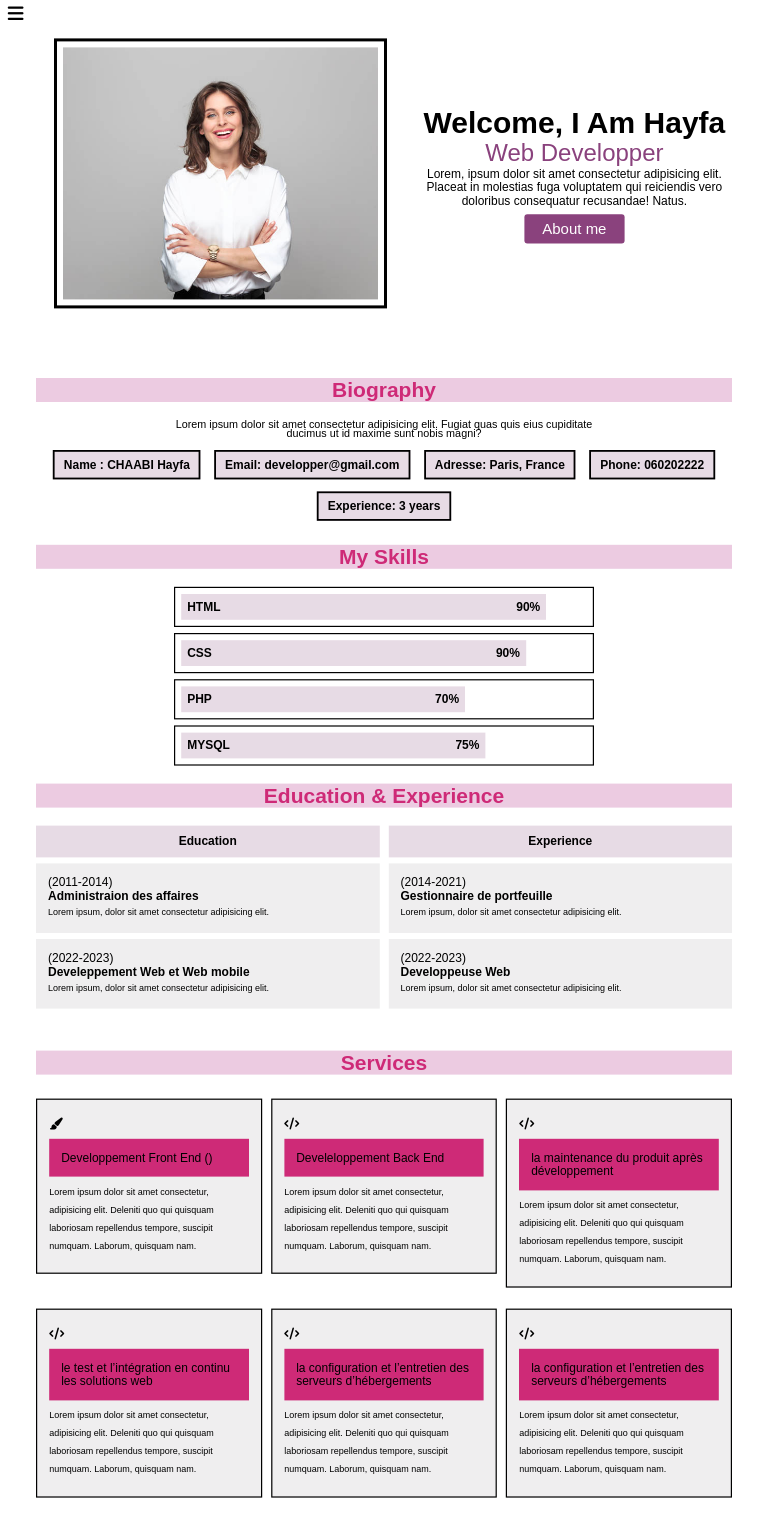
Repository: haifabilel/portfolio_project
Page: http://localhost/
These files come from the project's save history. The page is drawn as it stood at one moment and after the next save; the edit follows.
The browser window is 1280 px wide. The pictures show the whole page, at 60% of full size.
Some web fonts or font styles are not loaded; a fallback is used. The page is run by PHP 8.4 with error messages shown; the project is at /var/www/html/.

Above is the page before, as saved 2023-09-17 13:54:46.

After the next save:
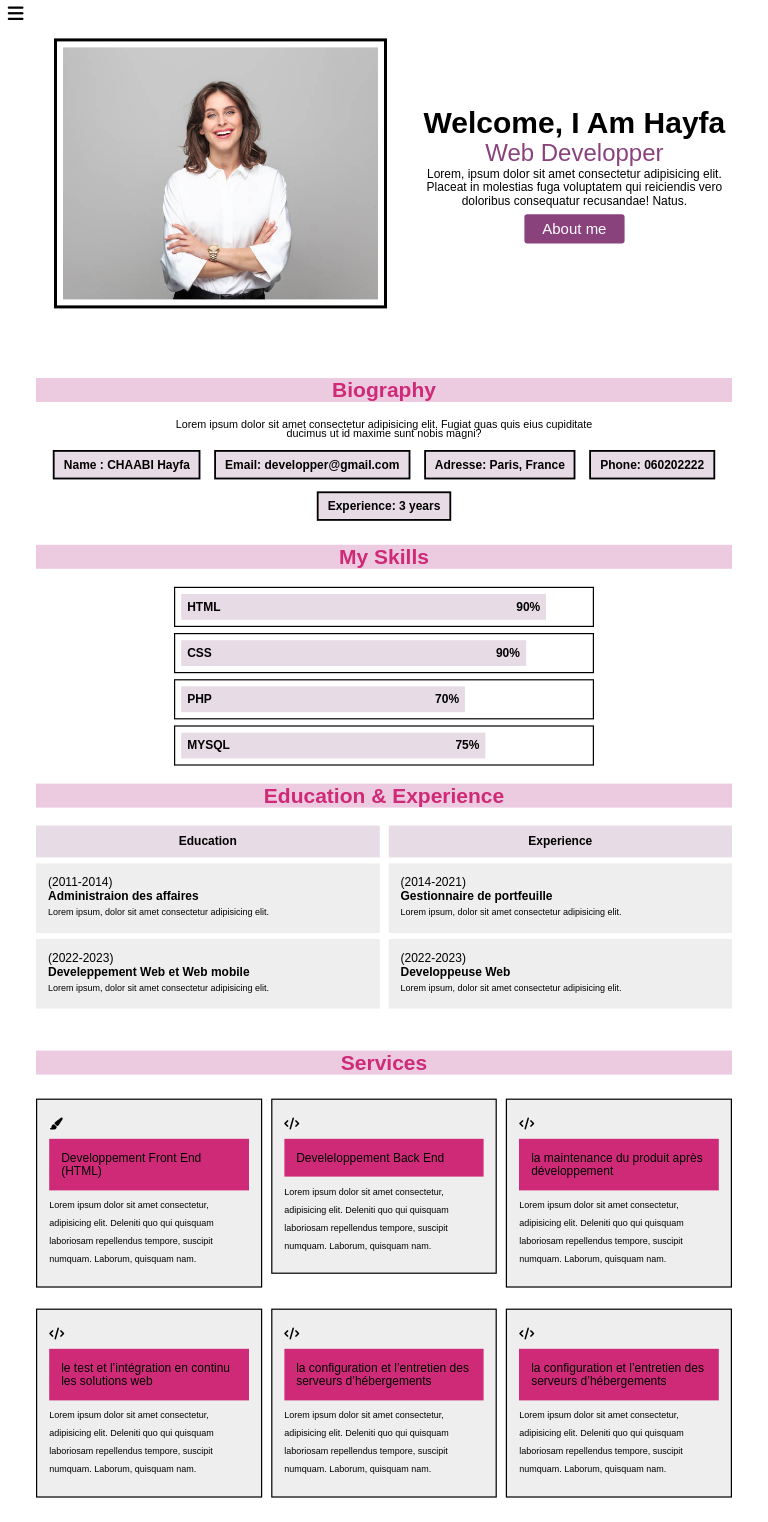
Saved 6 s later.
--- a/index.php
+++ b/index.php
@@ -114,7 +114,7 @@
 <div class="box-container">
     <div class="box">
         <i class="fas fa-paint-brush"></i>
-        <h3>Developpement Front End ()</h3>
+        <h3>Developpement Front End (HTML)</h3>
         <p>Lorem ipsum dolor sit amet consectetur, adipisicing elit. Deleniti quo qui quisquam laboriosam repellendus tempore,
             suscipit numquam. Laborum, quisquam nam.</p>
     </div>
